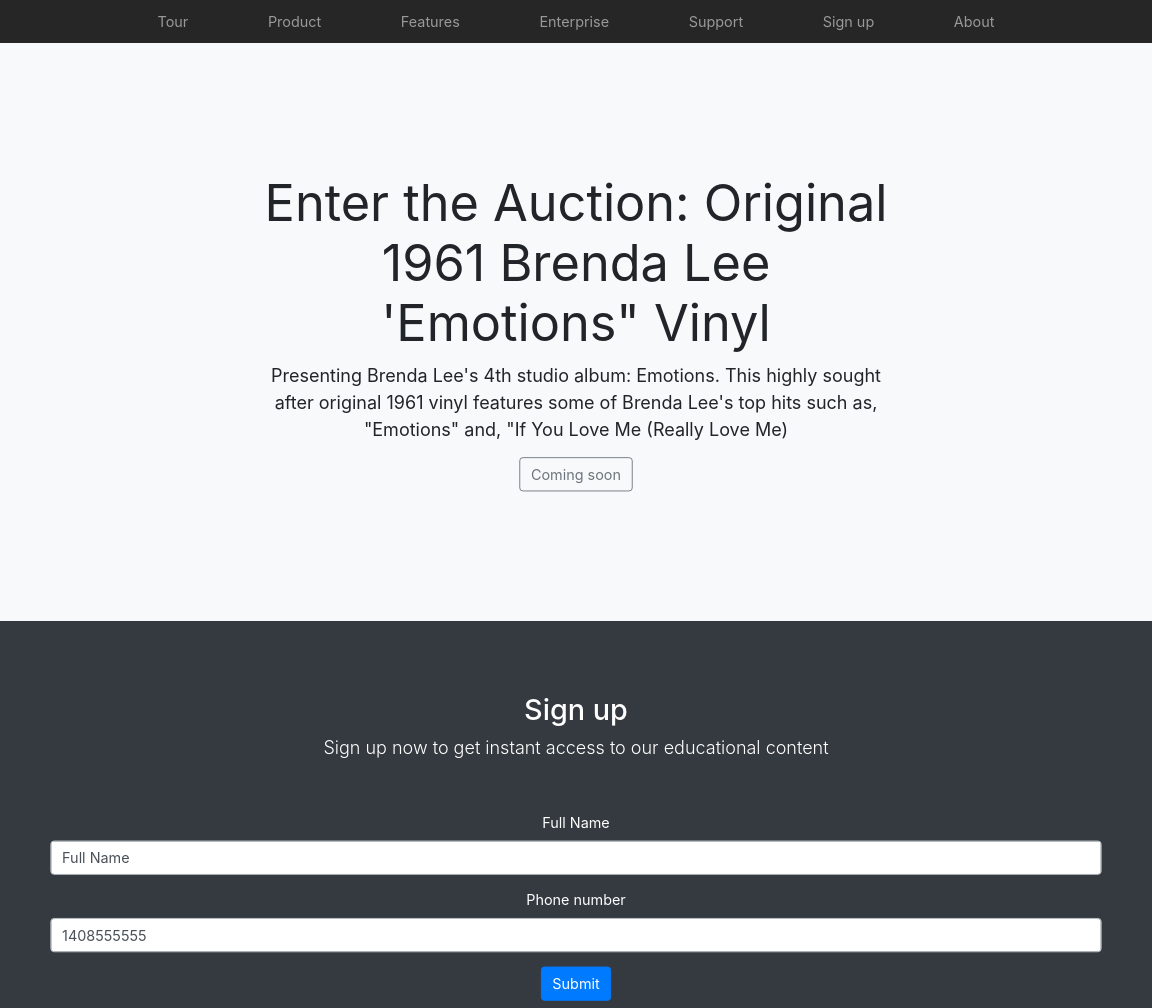
Repository: nvera007/nicolevera-resume
Page: LearnCS8-Twilio/index.html
The author's editor kept a record of every edit. The page is drawn from the files as they stood at one moment, then again after the next edit.
The browser window is 1280 px wide. The pictures show the whole page, at 90% of full size.

Above is the page before.

### LearnCS8-Twilio/index.html
<!doctype html>
<html lang="en">
  <head>
    <!-- Required meta tags -->
    <meta charset="utf-8">
    <meta name="viewport" content="width=device-width, initial-scale=1, shrink-to-fit=no">
    <meta name="description" content="Presenting Brenda Lee's 4th studio album: Emotions. This original 1961 vinyl features some of Brenda Lee's top hits such as, "Emotions" and, "If You Love Me (Really Love Me)>
    <meta name="author" content="862368526">

    <!-- Bootstrap CSS -->
    <link rel="stylesheet" href="https://stackpath.bootstrapcdn.com/bootstrap/4.5.2/css/bootstrap.min.css" integrity="sha384-JcKb8q3iqJ61gNV9KGb8thSsNjpSL0n8PARn9HuZOnIxN0hoP+VmmDGMN5t9UJ0Z" crossorigin="anonymous">

    <!-- Title of your Website -->
    <title>Brenda Lee: Emotions (1961)</title>
    <link href="product.css" rel="stylesheet">
  </head>
  <nav class="site-header sticky-top py-1">
    <!-- Top Menu Bar -->
    <div class="container d-flex flex-column flex-md-row justify-content-between">
        <a class="py-2 d-none d-md-inline-block" id="menu-item-1" href="https://f1tv.formula1.com/" target="formula1"></s> Tour</a>
        <a class="py-2 d-none d-md-inline-block" id="menu-item-2" href="https://www.youtube.com/watch?v=q-lF0Cn41rk&t=400s" target="youtube">Product</a>
        <a class="py-2 d-none d-md-inline-block" id="menu-item-3" href="https://www.youtube.com/watch?v=qdQNfF1-2rw" target=youtube1>Features</a>
        <a class="py-2 d-none d-md-inline-block" id="menu-item-4" href="https://www.youtube.com/watch?v=Tto9-9PGVJw" target=youtube2>Enterprise</a>
        <a class="py-2 d-none d-md-inline-block" id="menu-item-5" href="https://www.youtube.com/watch?v=8ue7ztpUtrs" target=youtube3>Support</a>
        <a class="py-2 d-none d-md-inline-block" id="menu-item-6" href="https://www.youtube.com/watch?v=P9owMEbqGxk" target=youtube4>Sign up</a>
        <a class="py-2 d-none d-md-inline-block" id="menu-item-7" href="https://www.formula1.com/en/drivers/carlos-sainz.html" target=sainz>About</a>
    </div>
</nav>
<!-- Main Header Section h1-->
<div class="position-relative overflow-hidden p-3 p-md-5 m-md-0 text-center bg-light">
    <div class="col-md-8 p-lg-5 mx-auto my-5">
        <h1 class="display-4 font-weight-normal">Enter the Auction: Original 1961 Brenda Lee 'Emotions" Vinyl</h1>
        <p class="lead font-weight-normal">Presenting Brenda Lee's 4th studio album: Emotions. This highly sought after original 1961 vinyl features some of Brenda Lee's top hits such as, "Emotions" and, "If You Love Me (Really Love Me)</p>
        <a class="btn btn-outline-secondary" href="https://www.youtube.com/watch?v=5tDkqaPX8hI" target=oomd>Coming soon</a>
    </div>
</div>
<!-- Left Tile -->
<div class="d-md-flex flex-md-equal w-100">
    <div class="bg-dark pt-3 px-3 pt-md-5 px-md-5 text-center text-white overflow-hidden">
        <div class="my-3 py-3">
            <h2 class="display-5">Sign up</h2>
            <p class="lead">Sign up now to get instant access to our educational content</p>
        </div>
        <!-- Web form when submitted will send a text message -->
        <form class="p-2" onsubmit="sendTextMessage(); return false;">
            <!-- Full Name Form Field -->
            <div class="form-group">
                <label for="example-first-name">Full Name</label>
                <input type="text" value="Full Name" class="form-control" id="example-first-name" aria-describedby="emailHelp">
            </div>
            <!-- Phone Number Form Field -->
            <div class="form-group">
                <label for="example-tel-input">Phone number</label>
                <input type="tel" class="form-control" value="1408555555" id="example-tel-input">
            </div>
            <!-- JavaScript that handles onSubmit logic -->
            <!-- Configure the XHR request below with your own credentials -->
            <script>
            function sendTextMessage() {
                console.log("Hello world!");
                var xhr = new XMLHttpRequest();
                var accountSID = "AC8b95e5bd225b076478548b6372645e7a";
                var authToken = "058050b52b6d031821e3f26a5795e826";
                var base64encoded = accountSID + ":" + authToken;
                var params = "To=" + document.getElementById('example-tel-input').value + "&From=" + "18447345770" + "&Body=" + "Hello " + document.getElementById('example-first-name').value + "where did norris place?"
                xhr.open("POST", "https://api.twilio.com/2010-04-01/Accounts/" + accountSID + "/Messages.json", true);
                xhr.setRequestHeader('Content-Type', 'application/x-www-form-urlencoded');
                xhr.setRequestHeader('Authorization', 'Basic ' + btoa(base64encoded));
                xhr.send(params);
            }
            </script>
            <!-- Submit button that will execute the sendTextMessage function -->
            <button type="submit" class="btn btn-primary">Submit</button>
        </form>
    </div>
  <body>
  </body>
</html>

### LearnCS8-Twilio/product.css
.container {
  max-width: 960px;
}

/*
 * Custom translucent site header
 */

.site-header {
  background-color: rgba(0, 0, 0, .85);
  -webkit-backdrop-filter: saturate(180%) blur(20px);
  backdrop-filter: saturate(180%) blur(20px);
}
.site-header a {
  color: #999;
  transition: ease-in-out color .15s;
}
.site-header a:hover {
  color: #fff;
  text-decoration: none;
}

/*
 * Dummy devices (replace them with your own or something else entirely!)
 */

.product-device {
  position: absolute;
  right: 10%;
  bottom: -30%;
  width: 300px;
  height: 540px;
  background-color: #333;
  border-radius: 21px;
  -webkit-transform: rotate(30deg);
  transform: rotate(30deg);
}

.product-device::before {
  position: absolute;
  top: 10%;
  right: 10px;
  bottom: 10%;
  left: 10px;
  content: "";
  background-color: rgba(255, 255, 255, .1);
  border-radius: 5px;
}

.product-device-2 {
  top: -25%;
  right: auto;
  bottom: 0;
  left: 5%;
  background-color: #e5e5e5;
}


/*
 * Extra utilities
 */

.flex-equal > * {
  -ms-flex: 1;
  flex: 1;
}
@media (min-width: 768px) {
  .flex-md-equal > * {
    -ms-flex: 1;
    flex: 1;
  }
}

.overflow-hidden { overflow: hidden; }

After the next edit:
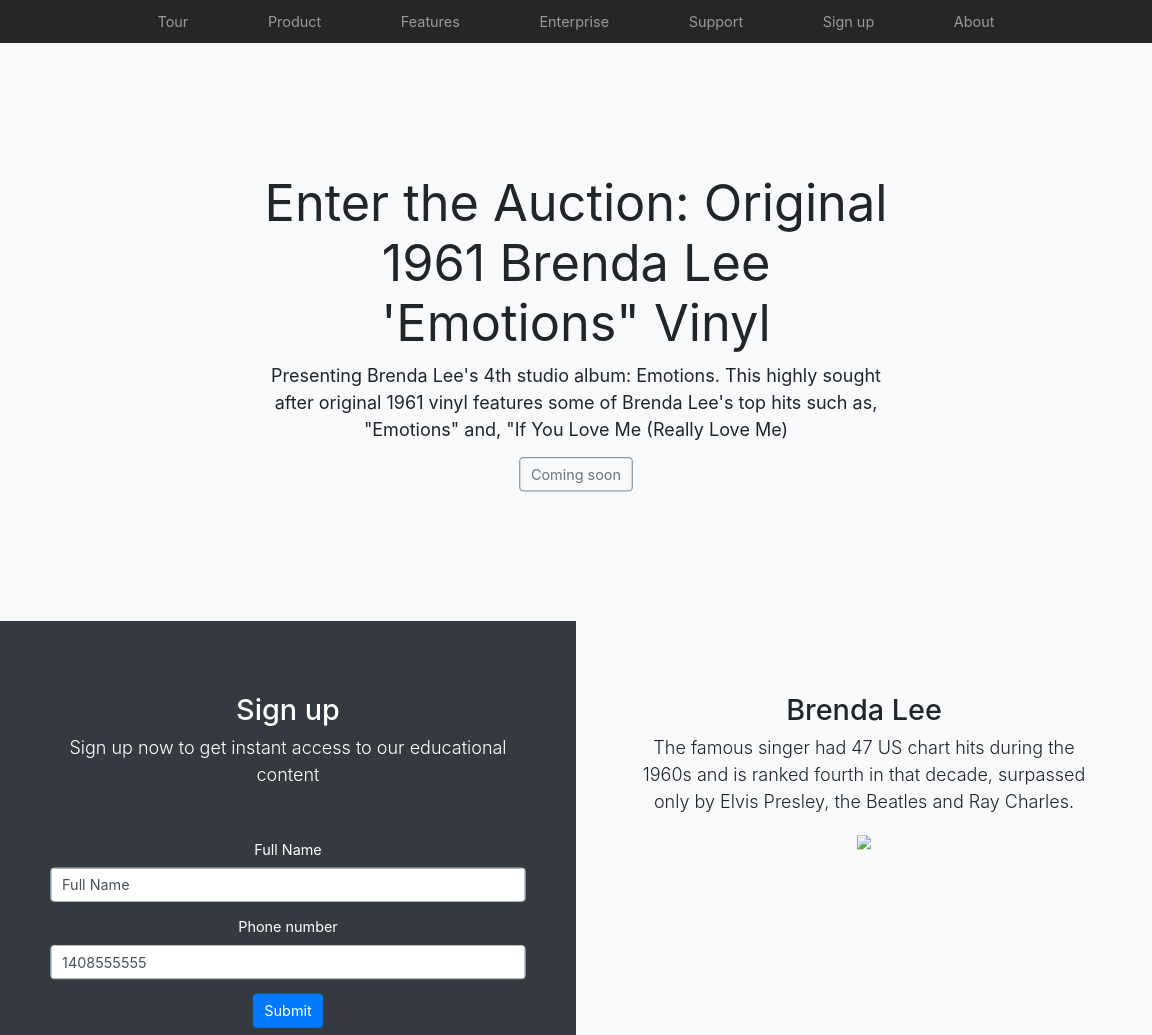
Not found: LearnCS8-Twilio/example_image.png
The edit:
--- a/LearnCS8-Twilio/index.html
+++ b/LearnCS8-Twilio/index.html
@@ -73,6 +73,16 @@
             <button type="submit" class="btn btn-primary">Submit</button>
         </form>
     </div>
+    <!-- Right Tile -->
+    <div class="bg-light pt-3 px-3 pt-md-5 px-md-5 text-center overflow-hidden">
+        <div class="my-3 p-3">
+            <h2 class="display-5">Brenda Lee</h2>
+            <p class="lead">The famous singer had 47 US chart hits during the 1960s and is ranked fourth in that decade, surpassed only by Elvis Presley, the Beatles and Ray Charles.</p>
+            <img class="mx-auto" src="example_image.png" height="250px">
+        </div>
+        <div class="mx-auto" style="width: 80%; height: 100px; border-radius: 21px 21px 0 0;"></div>
+    </div>
+</div>
   <body>
   </body>
 </html>
